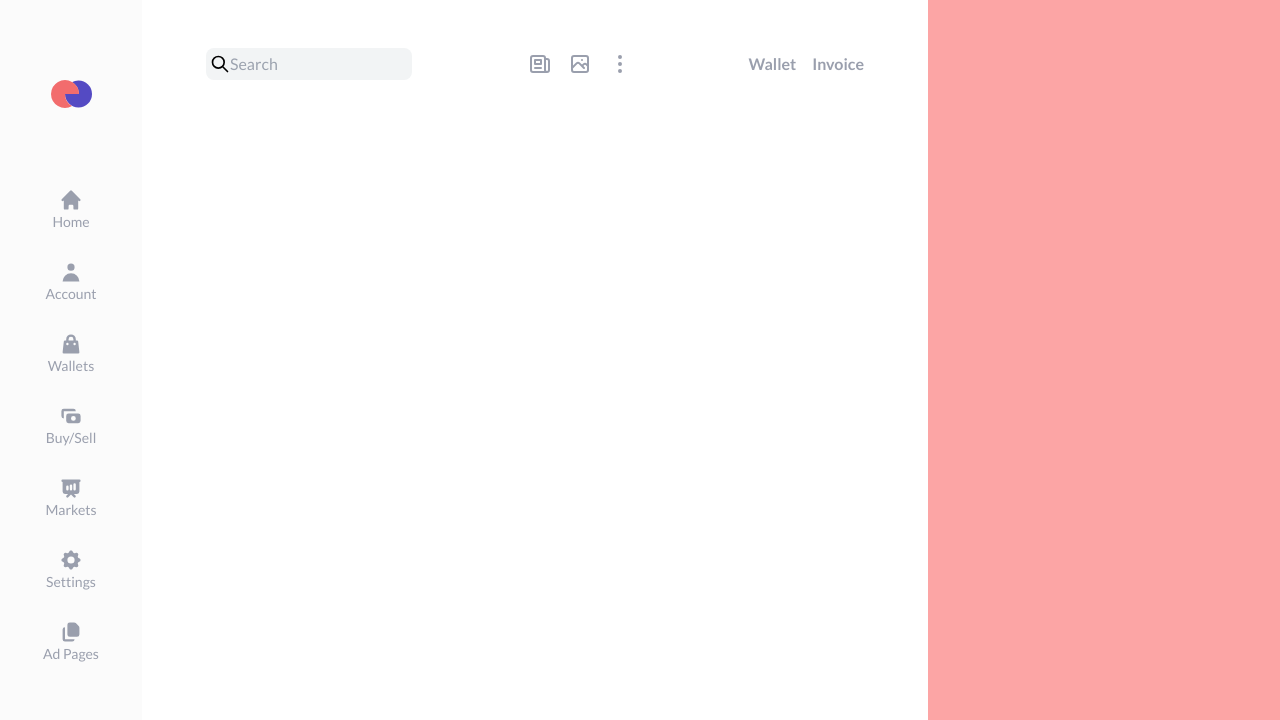
Repository: almaqdad55/crypto-app-nextjs
Page: /
These files come from the project's save history. The page is drawn as it stood at one moment and after the next save; the edit follows.
The browser window is 1280 px wide. The pictures show the whole page.
The project was rebuilt for these pictures with package versions that can differ from the ones it lists, and the page was loaded fresh each time. The framework's server and built-in components were replaced by stand-ins that run in the browser.

Above is the page before, as saved 2022-01-04 20:20:35.

### pages/index.js
import Head from 'next/head';
import Sidebar from '../components/Sidebar';
import Feed from '../components/Feed';
import Widget from '../components/Widget';

export default function Home() {
  return (
    <div className="">
      <Head>
        <title>Crypto Trade</title>
        <link rel="icon" href="/logo.svg" />
      </Head>

      <main className="flex">
        <Sidebar />
        <Feed />
        <Widget />
      </main>
    </div>
  );
}

### styles/globals.css
@import url('https://fonts.googleapis.com/css2?family=Lato:wght@300;400;700&display=swap');

@tailwind base;
@tailwind components;
@tailwind utilities;

@layer base {
  body {
    @apply bg-white font-Lato;
  }
}

@layer components {
  .icon-group {
    @apply flex flex-col  items-center text-sm cursor-pointer text-[#9A9FAD] hover:text-[#544AC3] transition duration-200;
  }
}

### components/Sidebar.jsx
import {
  HomeIcon,
  UserIcon,
  CashIcon,
  ShoppingBagIcon,
  PresentationChartBarIcon,
  CogIcon,
  DocumentDuplicateIcon,
} from '@heroicons/react/solid';

const Sidebar = () => {
  return (
    <div className="flex flex-col items-center  h-screen w-[142px]  bg-[#fbfbfb] ">
      <div className="mt-20">
        <img src="/logo.svg" alt="" />
      </div>
      <div className="mb-40 mt-20 flex flex-col space-y-7">
        <div className="icon-group group">
          <HomeIcon className="h-6 " />
          <span className="">Home</span>
        </div>
        <div className="icon-group group">
          <UserIcon className="h-6 " />
          <span className="">Account</span>
        </div>
        <div className="icon-group group">
          <ShoppingBagIcon className="h-6 " />
          <span className="">Wallets</span>
        </div>
        <div className="icon-group group ">
          <CashIcon className="h-6 " />
          <span className="">Buy/Sell</span>
        </div>
        <div className="icon-group group">
          <PresentationChartBarIcon className="h-6 " />
          <span className="">Markets</span>
        </div>
        <div className="icon-group group">
          <CogIcon className="h-6 " />
          <span className="">Settings</span>
        </div>
        <div className="icon-group group">
          <DocumentDuplicateIcon className="h-6 " />
          <span className="">Ad Pages</span>
        </div>
      </div>
    </div>
  );
};

export default Sidebar;

### components/Feed.jsx
import {
  DotsVerticalIcon,
  PhotographIcon,
  NewspaperIcon,
  SearchIcon,
} from '@heroicons/react/outline';

// import { SearchIcon } from '@heroicons/react/solid';
const Feed = () => {
  return (
    <div className=" flex-grow  bg-white p-8">
      <div className="flex items-center  justify-between py-4 px-8">
        <div className="flex items-center bg-[#F2F4F5] rounded-lg p-1">
          <SearchIcon className="h-5" />
          <input
            type="text"
            placeholder={`Search`}
            className="outline-none bg-[#F2F4F5]"
          />
        </div>
        <div className="flex space-x-4 text-[#9A9FAD] ">
          <NewspaperIcon className="h-6 " />
          <PhotographIcon className="h-6 " />
          <DotsVerticalIcon className="h-6 " />
        </div>
        <div className="flex text-md font-bold space-x-4 text-[#9A9FAD] ">
          <p className="">Wallet</p>
          <p className="">Invoice</p>
        </div>
      </div>
    </div>
  );
};

export default Feed;

### components/Widget.jsx
const Widget = () => {
  return <div className="bg-red-300 min-w-[352px]"></div>;
};

export default Widget;

### tailwind.config.js
module.exports = {
  content: [
    './pages/**/*.{js,ts,jsx,tsx}',
    './components/**/*.{js,ts,jsx,tsx}',
  ],
  theme: {
    extend: {
      fontFamily: {
        Lato: ['Lato', 'sans-serif'],
      },
    },
  },
  plugins: [],
};

Loaded but not shown: pages/_app.js (common file); pages/api/hello.js (common file); pages/api/city.js (no copy from this time; the picture is the same without it); pages/api/getYTData.js (no copy from this time; the picture is the same without it)

After the next save:
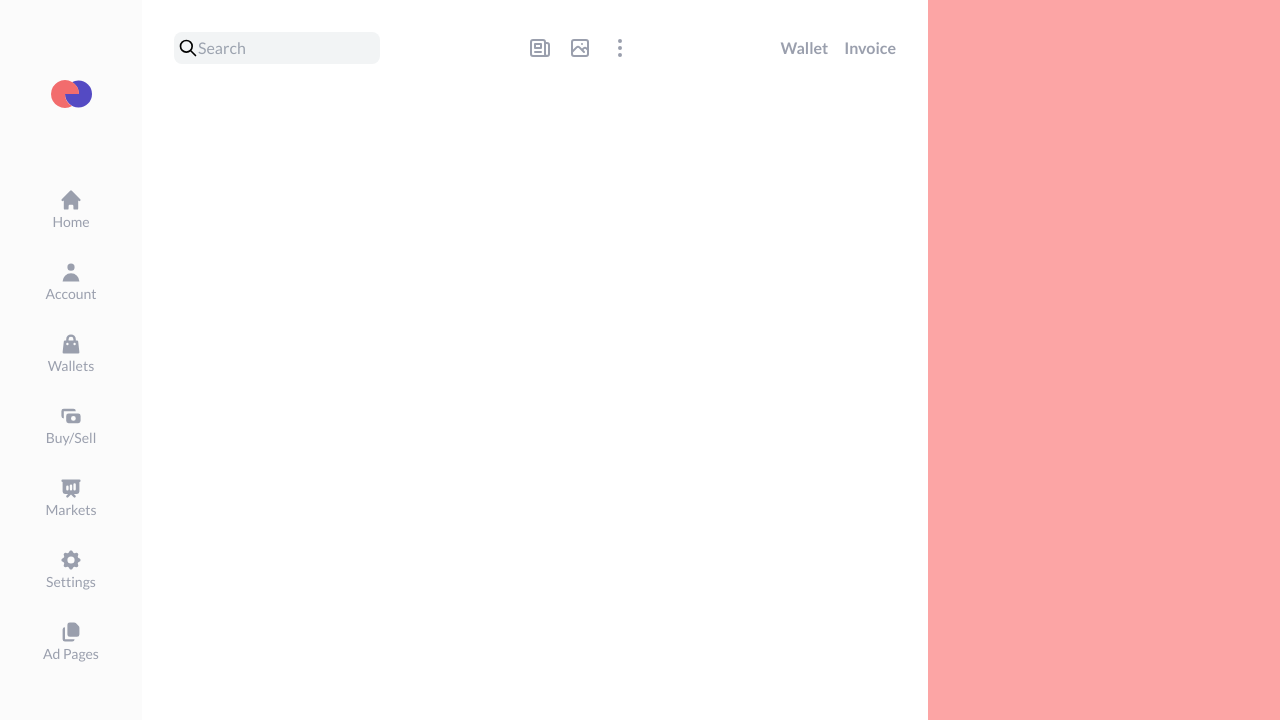
Saved 24 s later.
--- a/components/Feed.jsx
+++ b/components/Feed.jsx
@@ -9,7 +9,7 @@ import {
 const Feed = () => {
   return (
     <div className=" flex-grow  bg-white p-8">
-      <div className="flex items-center  justify-between py-4 px-8">
+      <div className="flex items-center  justify-between ">
         <div className="flex items-center bg-[#F2F4F5] rounded-lg p-1">
           <SearchIcon className="h-5" />
           <input
